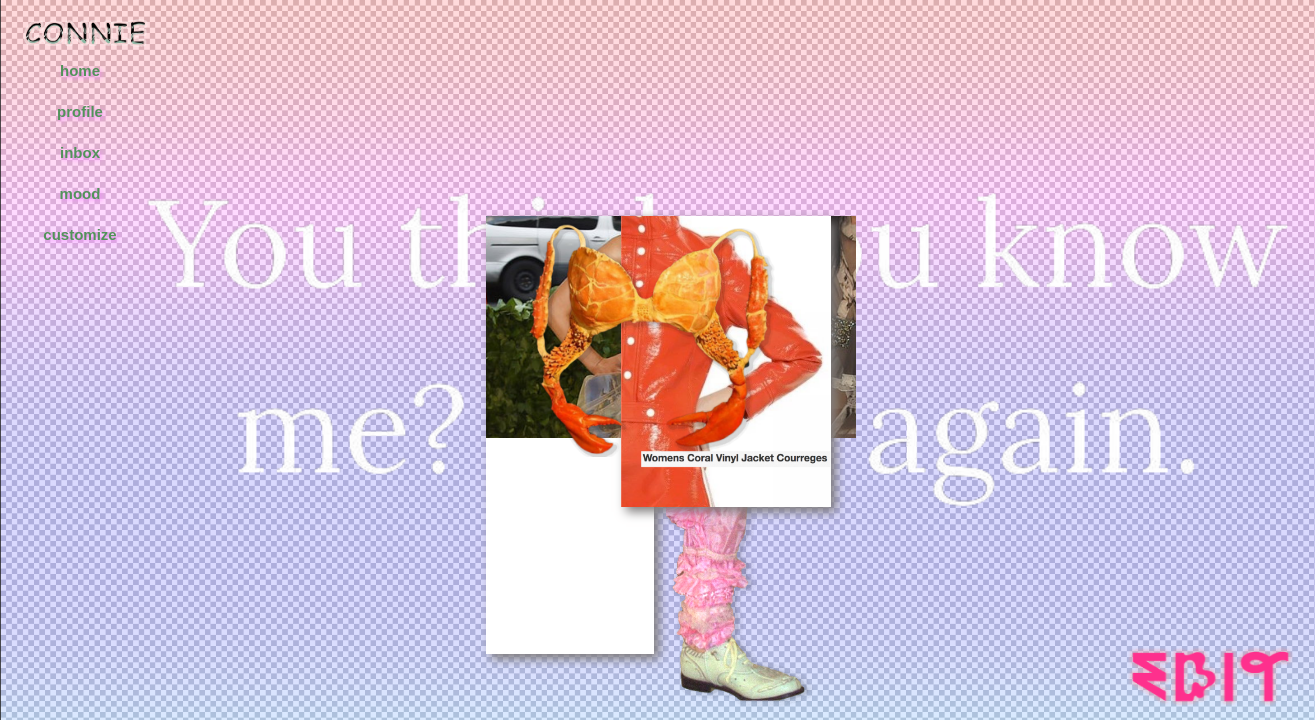
Repository: xuc009/xuc009.github.io
Page: track14/index.html
The author's editor kept a copy of each file at every save. The page is drawn from the files as they stood at one save, then again after the next save.
The browser window is 1280 px wide. The page is 1315 px wide, so the pictures cover 1315 px, including what lies to the right of the window. The pictures show the whole page.
Some web fonts or font styles are not loaded; a fallback is used. Some web libraries are served in a nearby version.

Above is the page before, as saved 2018-12-08 17:33:08.

After the next save:
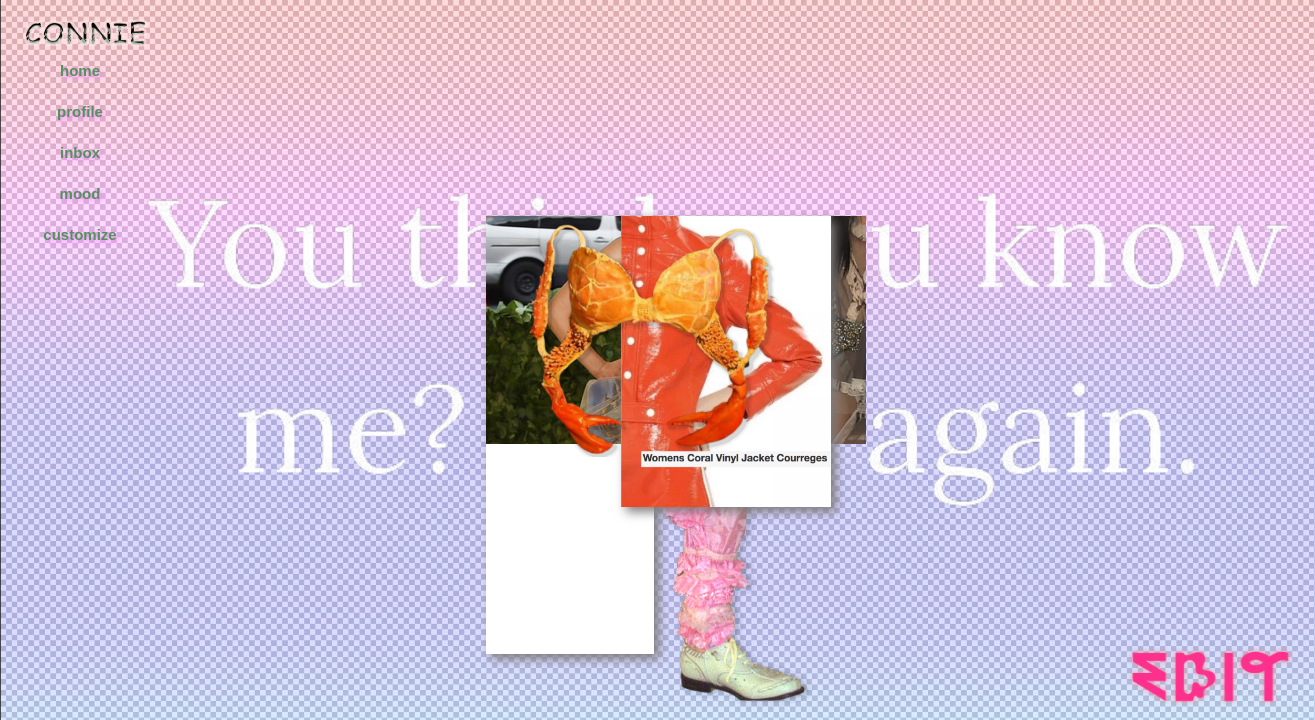
Saved 45 s later.
--- a/track14/index.html
+++ b/track14/index.html
@@ -54,7 +54,7 @@
       <div id="draggable2" class="ui-widget-content draggable tooltip">
           <span class="tooltiptext">↗ Aaliyah by me 🔗📹🤗🦋✨ ⬈</span>
         <a href="https://xuc009.github.io/track2/index.html" target="_blank">
-          <img src="assets/img/ari.jpg" width="370px">
+          <img src="assets/img/ari.jpg" width="380px">
         </a>
       </div>
 
